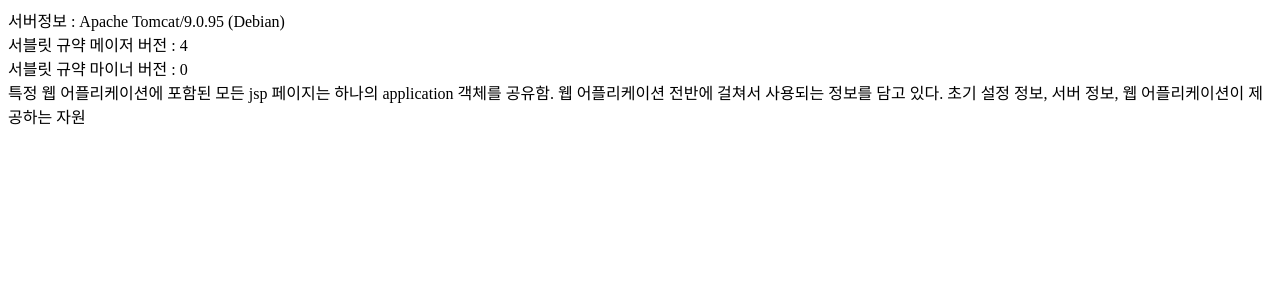
Repository: jjanggu1990/kh_java
Page: http://localhost/JSP_EX/day0321/viewServerInfo.jsp
An editor plug-in stored every save of this project. The page is shown before and after the next save, followed by the edit.
The browser window is 1280 px wide. The pictures show the whole page.
The page is served by Tomcat 9.

Above is the page before, as saved 2016-03-21 08:01:02.

After the next save:
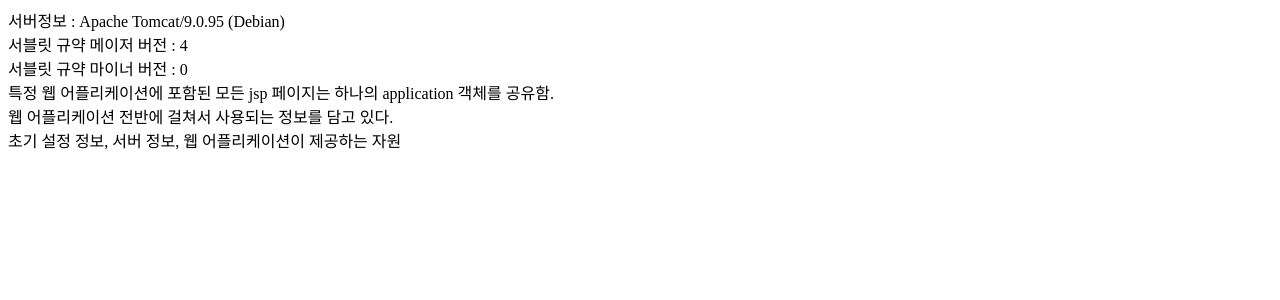
Saved 19 s later.
--- a/workspace/JSP_EX/WebContent/day0321/viewServerInfo.jsp
+++ b/workspace/JSP_EX/WebContent/day0321/viewServerInfo.jsp
@@ -10,8 +10,8 @@
 서블릿 규약 메이저 버전 : <%= application.getMajorVersion() %><br>
 서블릿 규약 마이너 버전 : <%= application.getMinorVersion() %><br>
 
-특정 웹 어플리케이션에 포함된 모든 jsp 페이지는 하나의 application 객체를 공유함.
-웹 어플리케이션 전반에 걸쳐서 사용되는 정보를 담고 있다.
-초기 설정 정보, 서버 정보, 웹 어플리케이션이 제공하는 자원
+특정 웹 어플리케이션에 포함된 모든 jsp 페이지는 하나의 application 객체를 공유함.<br>
+웹 어플리케이션 전반에 걸쳐서 사용되는 정보를 담고 있다.<br>
+초기 설정 정보, 서버 정보, 웹 어플리케이션이 제공하는 자원<br>
 </body>
 </html>
